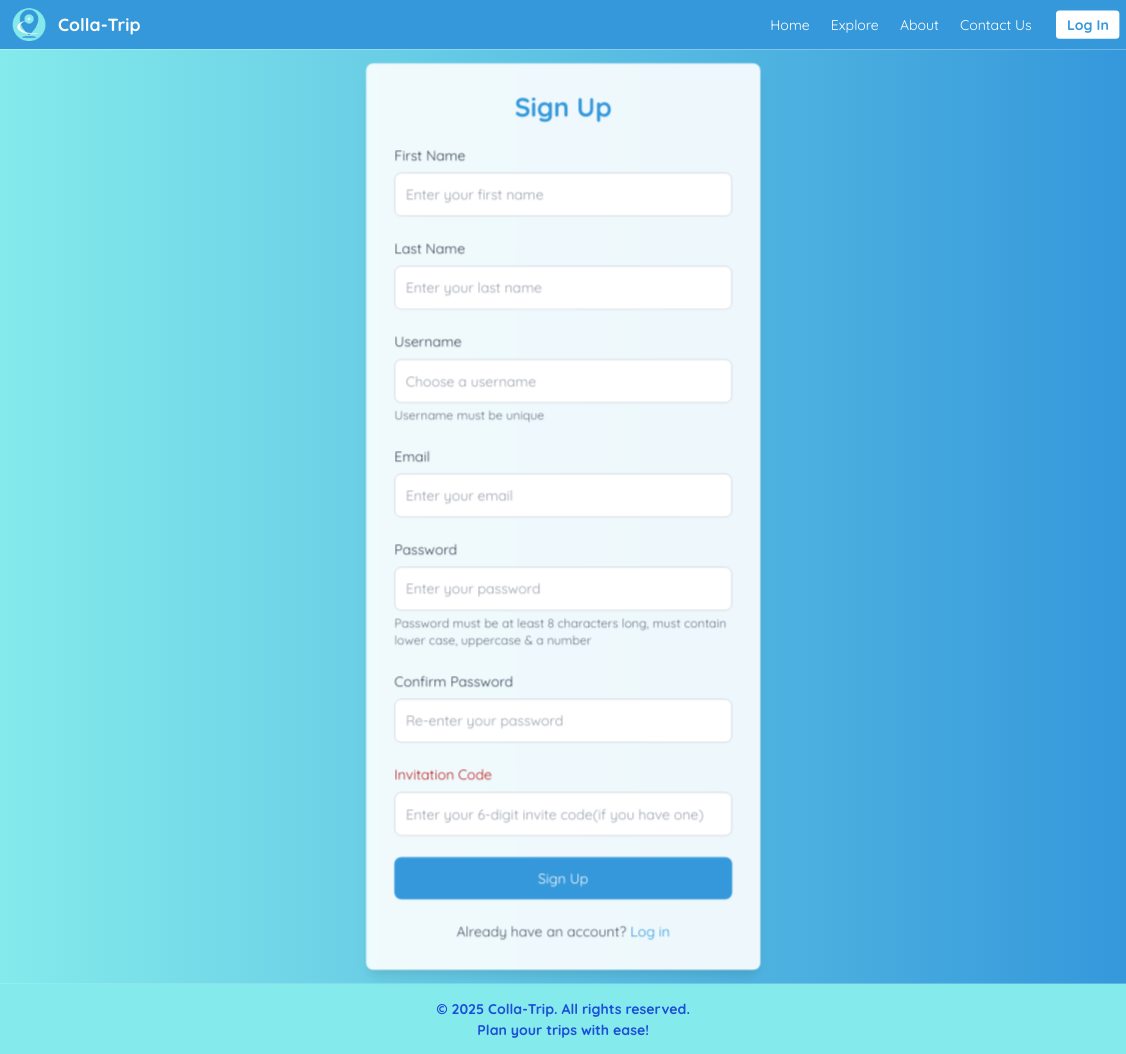
Repository: khuynh134/Colla-Trip
Page: /signuppage
The author's editor kept a copy of each file at every save. The page is drawn from the files as they stood at one save, then again after the next save.
The browser window is 1280 px wide. The pictures show the whole page, at 88% of full size.
The project was rebuilt for these pictures with package versions that can differ from the ones it lists, and the page was loaded fresh each time. The framework's server and built-in components were replaced by stand-ins that run in the browser. Also part of the build but not shown: svelte.config.js, vite.config.ts.

Above is the page before, as saved 2025-04-27 15:02:24.

### src/app.html
<!doctype html>
<html lang="en">
	<head>
		<meta charset="utf-8" />
		<link rel="icon" href="%sveltekit.assets%/favicon.png" />
		<meta name="viewport" content="width=device-width, initial-scale=1" />
		%sveltekit.head%
		<link href="./output.css" rel="stylesheet">
		<link rel="stylesheet" href="/styles.css">
		<link href="https://fonts.googleapis.com/css2?family=Quicksand:wght@300;400;500;600;700&display=swap" rel="stylesheet">
	</head>
	<body data-sveltekit-preload-data="hover">
		<div style="display: contents">%sveltekit.body%</div>

		<script>
			const theme = new URL(window.location).searchParams.get('theme');

			document.documentElement.classList.remove('light', 'dark');
			document.documentElement.classList.add(theme || 'light)');
		</script>
	</body>
</html>

### src/routes/+layout.svelte
<script lang="ts">
	import '../app.css';
	import { onMount } from 'svelte';
	import { page } from '$app/stores';
	import { isAuthenticated, isLoading, logout } from '$lib/stores/authStore';
	import { goto } from '$app/navigation';
    import Notifications from '$lib/components/Notifications.svelte';
    import '../app.css';
    import Toast from '$lib/components/Toast.svelte';


	let isMenuOpen: boolean = false;

	// Close menu when route changes
	$: if ($page.url.pathname) {
        isMenuOpen = false;
    }

	// List routes that require login
	const protectedRoutes = ['/dashboardpage', '/tripspage', '/calendarpage', '/activitypage'];

	// Check if we need to redirect
	$: {
		// Get the current page path
		const currentPath = $page.url.pathname;

		// Check if this page requires login
		const needsAuth = protectedRoutes.some(route =>
			currentPath.startsWith(route)
		);


		// If page needs login, auth check is done, and user isn't logged in
		if (needsAuth && !$isLoading && !$isAuthenticated) {
			// Redirect to login
			goto('/loginpage');
		}
	}

	// Login/logout function using Firebase
	async function toggleLogin() {
		if ($isAuthenticated) {
			const result = await logout();
			if (result.success) {
				goto('/');
			}
		} else {
			goto('/loginpage');
		}
	}


	// Function to navigate to dashboard
	function goToDashboard() {
		goto('/dashboardpage');
	}
</script>

<style>
  /* Force the navbar to go edge to edge */
  :global(body) {
    margin: 0;
    padding: 0;
    overflow-x: hidden; /* Prevent horizontal scrolling */
  }

  /* Style for the navbar to emulate Amazon's design */
  .amazon-style-nav {
    width: 100vw; /* Full viewport width */
    max-width: 100%; /* Ensure it doesn't overflow */
    padding: 0;
    box-sizing: border-box;
  }

  /* Remove default list styling */
  .nav-links {
    list-style: none;
    padding: 0;
    margin: 0;
  }

  /* Style for logo */
  .logo-img {
    height: 50px;
    width: auto;
    object-fit: contain;
  }
</style>

<!-- Amazon-Style Full-Width Nav -->
<nav class="amazon-style-nav bg-[#3598db] text-white fixed top-0 left-0 right-0 z-50">
    <!-- Upper Nav - Main Navigation -->
    <div class="flex items-center h-14 px-2">
        <!-- Logo and Dashboard Container -->
        <div class="flex items-center">
            <a href="/" class="flex items-center pl-0">
                <img src="/Colla-TripLogo-rem.png" alt="Colla-Trip Logo" class="logo-img mr-2" />
                <span class="text-white text-xl font-bold whitespace-nowrap">Colla-Trip</span>
            </a>

            <!-- Dashboard Button (only show when authenticated) -->
            {#if $isAuthenticated}
            <button
                on:click={goToDashboard}
                class="absolute left-1/2 transform -translate-x-1/2 bg-white text-[#3598db] px-20 py-1.5 rounded hover:bg-gray-100 transition-colors font-bold"
            >
                Dashboard
            </button>
            {/if}
        </div>

        <!-- Center area - grows to fill space -->
        <div class="flex-grow"></div>

        <!-- Nav content on the right -->
        <div class="flex items-center">
            <!-- Nav links - right aligned with minimal spacing -->
            {#if !$isAuthenticated}
                <ul class="nav-links hidden md:flex items-center h-full">
                    <li><a href="/" class="px-3 py-2 inline-block text-white hover:bg-[#2b85c3] transition-colors">Home</a></li>
                    <li><a href="/explorepage" class="px-3 py-2 inline-block text-white hover:bg-[#2b85c3] transition-colors">Explore</a></li>
                    <li><a href="/aboutpage" class="px-3 py-2 inline-block text-white hover:bg-[#2b85c3] transition-colors">About</a></li>
                    <li><a href="/contactpage" class="px-3 py-2 inline-block text-white hover:bg-[#2b85c3] transition-colors">Contact Us</a></li>
                </ul>
            {/if}

            <!-- Login button - Flush to the right edge -->
            <button
                on:click={toggleLogin}
                class="ml-4 mr-0 bg-white text-[#3598db] px-3 py-1 rounded hover:bg-gray-100 transition-colors font-bold"
            >
                {$isAuthenticated ? 'Log Out' : 'Log In'}
            </button>

            <!-- Mobile hamburger menu -->
            {#if !$isAuthenticated}
                <button
                    class="md:hidden ml-3 p-2"
                    on:click={() => isMenuOpen = !isMenuOpen}
                    aria-label="Toggle menu"
                >
                    <svg class="w-6 h-6" fill="none" stroke="currentColor" viewBox="0 0 24 24">
                        <path stroke-linecap="round" stroke-linejoin="round" stroke-width="2" d="M4 6h16M4 12h16M4 18h16"/>
                    </svg>
                </button>
            {/if}
        </div>
    </div>

    <!-- Mobile Menu Dropdown -->
    {#if !$isAuthenticated && isMenuOpen}
        <div class="md:hidden bg-[#3598db] w-full border-t border-[#2b85c3]">
            <div class="flex flex-col">
                <a href="/" class="px-4 py-3 text-white hover:bg-[#2b85c3] transition-colors border-b border-[#2b85c3]">Home</a>
                <a href="/explorepage" class="px-4 py-3 text-white hover:bg-[#2b85c3] transition-colors border-b border-[#2b85c3]">Explore</a>
                <a href="/aboutpage" class="px-4 py-3 text-white hover:bg-[#2b85c3] transition-colors border-b border-[#2b85c3]">About</a>
                <a href="/contactpage" class="px-4 py-3 text-white hover:bg-[#2b85c3] transition-colors">Contact Us</a>
            </div>
        </div>
    {/if}
</nav>
<Notifications />
<Toast />

<div class="pt-14">
    <slot />
</div>

<footer class="bg-[#84eaeb] text-blue-700 p-4 text-center font-bold w-full">
    <p>&copy; 2025 Colla-Trip. All rights reserved.</p>
    <p>Plan your trips with ease!</p>
</footer>

### src/routes/signuppage/+page.svelte
<script lang="ts">
    import { goto } from '$app/navigation';
    import { auth } from '$lib/firebase';
    import { getAuth, validatePassword, createUserWithEmailAndPassword } from 'firebase/auth';
	import { Users } from 'lucide-svelte';
    import { page } from '$app/stores';

    let token = '';
    $: token = $page.url.searchParams.get('token') || '';
    let inviteCode = '';

    // Form state
    let firstName = '';
    let lastName = '';
    let username = '';
    let email = '';
    let password = '';
    let confirmPassword = '';
    let errorMessage = '';
    let success: boolean | undefined = undefined;
    let isLoading = false;

    // (No need for onMount anymore!)

    async function validatePasswords(): Promise<boolean> {
        if (password !== confirmPassword) {
            errorMessage = 'Passwords do not match';
            success = false;
            return false;
        }
        const status = await validatePassword(getAuth(), password);
        if (!status.isValid) {
            errorMessage = 'Password does not meet requirements';
            if (status.containsLowercaseLetter !== true) errorMessage += ' (needs lowercase)';
            if (status.containsUppercaseLetter !== true) errorMessage += ' (needs uppercase)';
            if (status.containsNumericCharacter !== true) errorMessage += ' (needs number)';
            if (status.meetsMinPasswordLength !== true) errorMessage += ' (needs 8 characters)';
            success = false;
            return false;
        }
        return true;
    }

    async function isUsernameUnique(username: string): Promise<boolean> {
        return true; // Placeholder
    }

    async function handleSignUp(event: Event) {
        event.preventDefault();
        isLoading = true;
        errorMessage = '';
        success = undefined;

        if (!await validatePasswords()) {
            isLoading = false;
            return;
        }

        const isUnique = await isUsernameUnique(username);
        if (!isUnique) {
            errorMessage = 'Username is already taken';
            success = false;
            isLoading = false;
            return;
        }

        try {
            const userCredential = await createUserWithEmailAndPassword(auth, email, password);
            const user = userCredential.user;

            const response = await fetch('/api/users', {
                method: 'POST',
                headers: { 'Content-Type': 'application/json' },
                body: JSON.stringify({
                    firebase_uid: user.uid,
                    email: user.email,
                    username: username,
                    profile: `${firstName} ${lastName}`,
                    roles: ['user'],
                    token: token,
                    invite_code: inviteCode
                })
            });

            if (!response.ok) {
                throw new Error('Error saving user to database');
            }

            success = true;
            const redirectUrl = token ? `/invite-success` : '/loginpage';
            goto(redirectUrl);
        } catch (error) {
            console.error('Error signing up:', error);
            errorMessage = 'Error signing up. Please try again.';
            success = false;
        } finally {
            isLoading = false;
        }
    }
</script>

<div class="min-h-screen bg-gradient-to-r from-[#84eaeb] to-[#3598db] flex flex-col items-center justify-center p-4">
    <div class="bg-white/90 backdrop-blur-sm p-8 rounded-lg shadow-lg w-full max-w-md">
        <h1 class="text-3xl font-bold text-[#3598db] mb-6 text-center">Sign Up</h1>

        {#if success === true}
            <p class="text-green-600 text-center mb-4">Signup successful! Redirecting...</p>
        {:else if success === false}
            <p class="text-red-600 text-center mb-4">{errorMessage}</p>
        {/if}

        <form on:submit={handleSignUp} class="space-y-6">


            <div>
                <label for="firstName" class="block text-gray-700 mb-2">First Name</label>
                <input
                    id="firstName"
                    type="text"
                    bind:value={firstName}
                    placeholder="Enter your first name"
                    class="w-full p-3 border border-gray-300 rounded-lg focus:ring-2 focus:ring-[#3598db] focus:border-transparent"
                    required
                />
            </div>

            <div>
                <label for="lastName" class="block text-gray-700 mb-2">Last Name</label>
                <input
                    id="lastName"
                    type="text"
                    bind:value={lastName}
                    placeholder="Enter your last name"
                    class="w-full p-3 border border-gray-300 rounded-lg focus:ring-2 focus:ring-[#3598db] focus:border-transparent"
                    required
                />
            </div>

            <div>
                <label for="username" class="block text-gray-700 mb-2">Username</label>
                <input
                    id="username"
                    type="text"
                    bind:value={username}
                    placeholder="Choose a username"
                    class="w-full p-3 border border-gray-300 rounded-lg focus:ring-2 focus:ring-[#3598db] focus:border-transparent"
                    required
                />
                <p class="text-sm text-gray-500 mt-1">Username must be unique</p>
            </div>

            <div>
                <label for="email" class="block text-gray-700 mb-2">Email</label>
                <input
                    id="email"
                    type="email"
                    bind:value={email}
                    placeholder="Enter your email"
                    class="w-full p-3 border border-gray-300 rounded-lg focus:ring-2 focus:ring-[#3598db] focus:border-transparent"
                    required
                />
            </div>

            <div>
                <label for="password" class="block text-gray-700 mb-2">Password</label>
                <input
                    id="password"
                    type="password"
                    bind:value={password}
                    placeholder="Enter your password"
                    class="w-full p-3 border border-gray-300 rounded-lg focus:ring-2 focus:ring-[#3598db] focus:border-transparent"
                    required
                    minlength="8"
                />
                <p class="text-sm text-gray-500 mt-1">Password must be at least 8 characters long, must contain lower case, uppercase & a number</p>
            </div>

            <div>
                <label for="confirmPassword" class="block text-gray-700 mb-2">Confirm Password</label>
                <input
                    id="confirmPassword"
                    type="password"
                    bind:value={confirmPassword}
                    placeholder="Re-enter your password"
                    class="w-full p-3 border border-gray-300 rounded-lg focus:ring-2 focus:ring-[#3598db] focus:border-transparent"
                    required
                    minlength="8"
                />
            </div>
            <div>
                <label for="inviteCode" class="block text-red-700 mb-2">Invitation Code</label>
                <input
                    id="inviteCode"
                    type="text"
                    bind:value={inviteCode}
                    placeholder="Enter your 6-digit invite code(if you have one)"
                    class="w-full p-3 border border-gray-300 rounded-lg focus:ring-2 focus:ring-[#3598db] focus:border-transparent"
                    required
                />
            </div>

            <button
                type="submit"
                class="w-full bg-[#3598db] text-white py-3 rounded-lg hover:bg-[#3598db]/90 transition-colors disabled:opacity-50"
                disabled={isLoading}
            >
                {isLoading ? 'Signing up...' : 'Sign Up'}
            </button>
        </form>

        <div class="mt-6 text-center">
            <p class="text-gray-600">
                Already have an account?
                <a href="/loginpage" class="text-[#3598db] hover:underline">Log in</a>
            </p>
        </div>
    </div>
</div>

### src/lib/stores/authStore.ts
import { writable } from 'svelte/store';
import {
    onAuthStateChanged,
    signOut as firebaseSignOut,
    type User as FirebaseUser
} from 'firebase/auth';

// Import auth from your firebase file
import { auth } from '$lib/firebase';

// Define a type for our user store
interface User {
    uid: string;
    email: string | null;
    displayName: string | null;
    photoURL: string | null;
}

// This keeps track of the current user
export const user = writable<User | null>(null);

// This is a simple boolean: is someone logged in or not?
export const isAuthenticated = writable<boolean>(false);

// This helps us know when we're checking login status
export const isLoading = writable<boolean>(true);

// This code runs once when your app starts
if (typeof window !== 'undefined') {
    // This sets up a listener that Firebase provides
    // It will run whenever the login status changes
    // Use the any type to avoid TypeScript errors with auth
    onAuthStateChanged(auth as any, (firebaseUser: FirebaseUser | null) => {
        console.log("Auth state changed:", firebaseUser ? `User: ${firebaseUser.email}` : "No user");
        isLoading.set(false);

        if (firebaseUser) {
            // Someone is logged in! Save their info
            user.set({
                uid: firebaseUser.uid,
                email: firebaseUser.email,
                displayName: firebaseUser.displayName,
                photoURL: firebaseUser.photoURL
            });
            isAuthenticated.set(true);
        } else {
            // Nobody is logged in
            user.set(null);
            isAuthenticated.set(false);
        }
    });
}

// A helper function to log out
export async function logout() {
    try {
        // Use the any type to avoid TypeScript errors
        await firebaseSignOut(auth as any);
        return { success: true };
    } catch (error) {
        console.error("Logout error:", error);
        return { success: false, error };
    }
}

### src/lib/components/Notifications.svelte
<script lang="ts">
    import { writable } from 'svelte/store';

    export interface Notification {
      id: number;
      type: 'trip' | 'message' | 'invite' | 'activity' | 'general';
      title: string;
      message: string;
      timestamp: Date;
      read: boolean;
      action?: {
        label: string;
        href?: string;
        onClick?: () => void;
      };
    }

    function createNotificationsStore() {
      const { subscribe, update, set } = writable<Notification[]>([]);

      return {
        subscribe,
        addNotification: (notification: Notification) =>
          update(notifications => [
            { ...notification, id: Date.now() },
            ...notifications
          ]),
        markAsRead: (id: number) =>
          update(notifications =>
            notifications.map(n =>
              n.id === id ? { ...n, read: true } : n
            )
          ),
        clearNotifications: () => set([]),
        markAllAsRead: () =>
          update(notifications =>
            notifications.map(n => ({ ...n, read: true }))
          )
      };
    }

    export const notifications = createNotificationsStore();
  </script>

### src/lib/components/Toast.svelte
<script lang="ts">
    import { showToast, toastMessage } from '$lib/stores/notifications';
  </script>

  {#if $showToast}
    <div class="fixed bottom-8 right-8 bg-green-500 text-white px-6 py-3 rounded-lg shadow-lg animate-fade-in-out z-50">
      {$toastMessage}
    </div>
  {/if}

  <style>
    @keyframes fadeInOut {
      0%, 100% { opacity: 0; transform: translateY(20px); }
      10%, 90% { opacity: 1; transform: translateY(0); }
    }

    .animate-fade-in-out {
      animation: fadeInOut 3s ease-in-out forwards;
    }
  </style>

### src/lib/stores/notifications.ts
import { writable } from 'svelte/store';

export const toastMessage = writable('');
export const showToast = writable(false);
export interface Notification {
  id: number;
  type: 'trip' | 'message' | 'invite' | 'activity' | 'general';
  title: string;
  message: string;
  timestamp: Date;
  read: boolean;
  icon?: string;
  action?: {
    label: string;
    href?: string;
    onClick?: () => void;
  };
}
// Optionally: define a helper function
export function triggerToast(message: string, duration = 3000) {
  toastMessage.set(message);
  showToast.set(true);
  setTimeout(() => {
    showToast.set(false);
  }, duration);
}

function createNotificationsStore() {
  const { subscribe, update, set } = writable<Notification[]>([]);

  return {
    subscribe,
    addNotification: (notification: Notification) =>
      update(notifications => [
        {...notification, id: Date.now()},
        ...notifications
      ]),
    markAsRead: (id: number) =>
      update(notifications =>
        notifications.map(n =>
          n.id === id ? {...n, read: true} : n
        )
      ),
    clearNotifications: () => set([]),
    markAllAsRead: () =>
      update(notifications =>
        notifications.map(n => ({...n, read: true}))
      )
  };
}

export const notifications = createNotificationsStore();

### tailwind.config.js
/** @type {import('tailwindcss').Config} */
module.exports = {
  content:[
    './src/**/*.svelte',
    './src/**/*.html',
    './src/**/*.js',
    './src/**/*.ts',],
  theme:{
    extend: {},
  },
  plugins: [],
}

### static/styles.css
body {
    margin: 0;
    font-family: 'Quicksand', sans-serif;
}

nav a:hover {
    text-shadow: 1px 1px 2px rgb(13, 10, 17), 0 0 1em rgb(143, 143, 159), 0 0 0.2em rgb(172, 182, 184);;
}

Loaded but not shown: src/app.css (common file); static/output.css (library); src/lib/firebase.js (74 lines, source omitted)

After the next save:
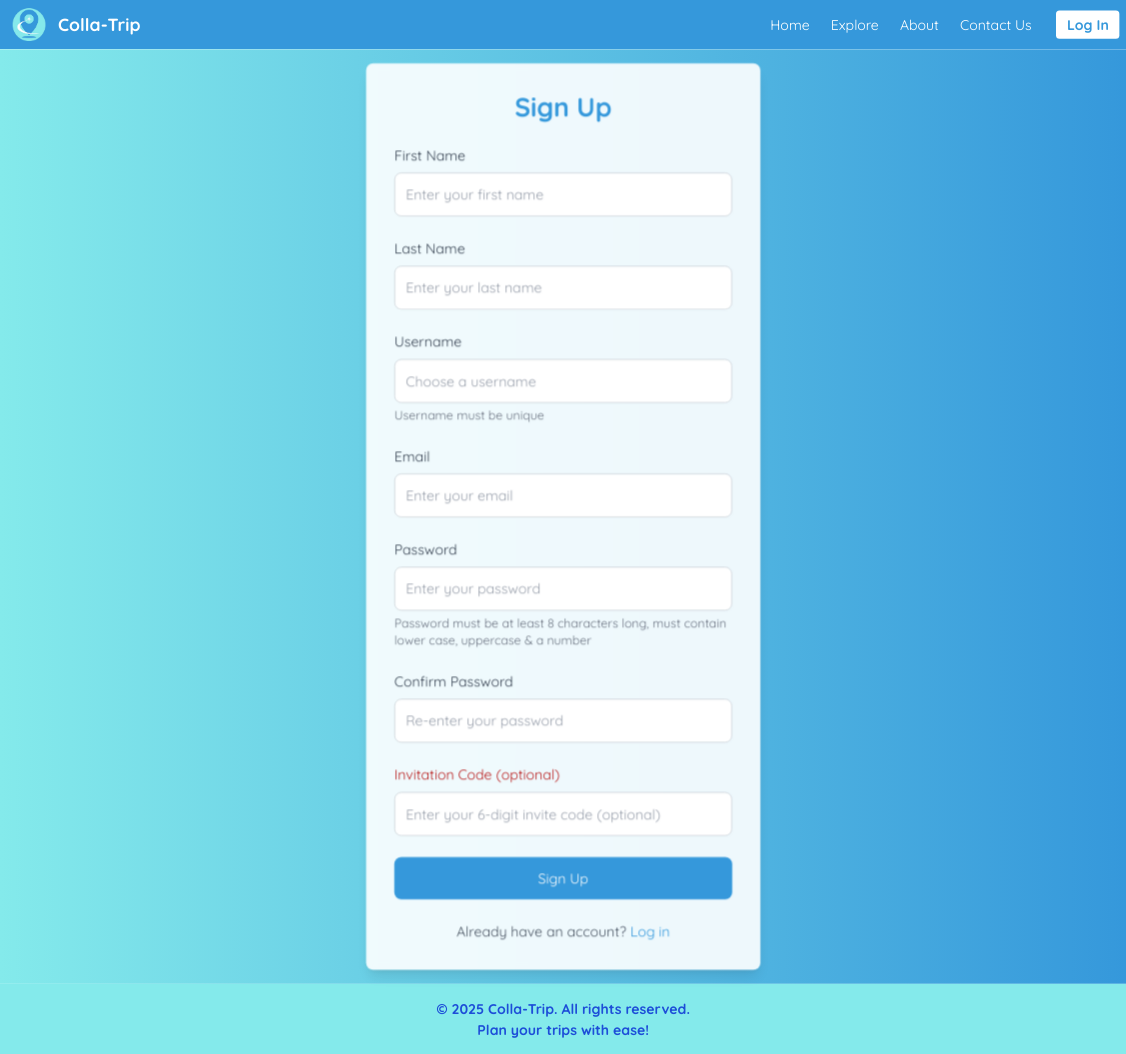
Saved 10 min 18 s later.
--- a/src/routes/signuppage/+page.svelte
+++ b/src/routes/signuppage/+page.svelte
@@ -188,14 +188,13 @@
                 />
             </div>
             <div>
-                <label for="inviteCode" class="block text-red-700 mb-2">Invitation Code</label>
+                <label for="inviteCode" class="block text-red-700 mb-2">Invitation Code (optional)</label>
                 <input
                     id="inviteCode"
                     type="text"
                     bind:value={inviteCode}
-                    placeholder="Enter your 6-digit invite code(if you have one)"
-                    class="w-full p-3 border border-gray-300 rounded-lg focus:ring-2 focus:ring-[#3598db] focus:border-transparent"
-                    required
+                    placeholder="Enter your 6-digit invite code (optional)"
+                    class="w-full p-3 border border-gray-300 rounded-lg focus:ring-2 focus:ring-[#3598db] focus:border-transparent"
                 />
             </div>
 
